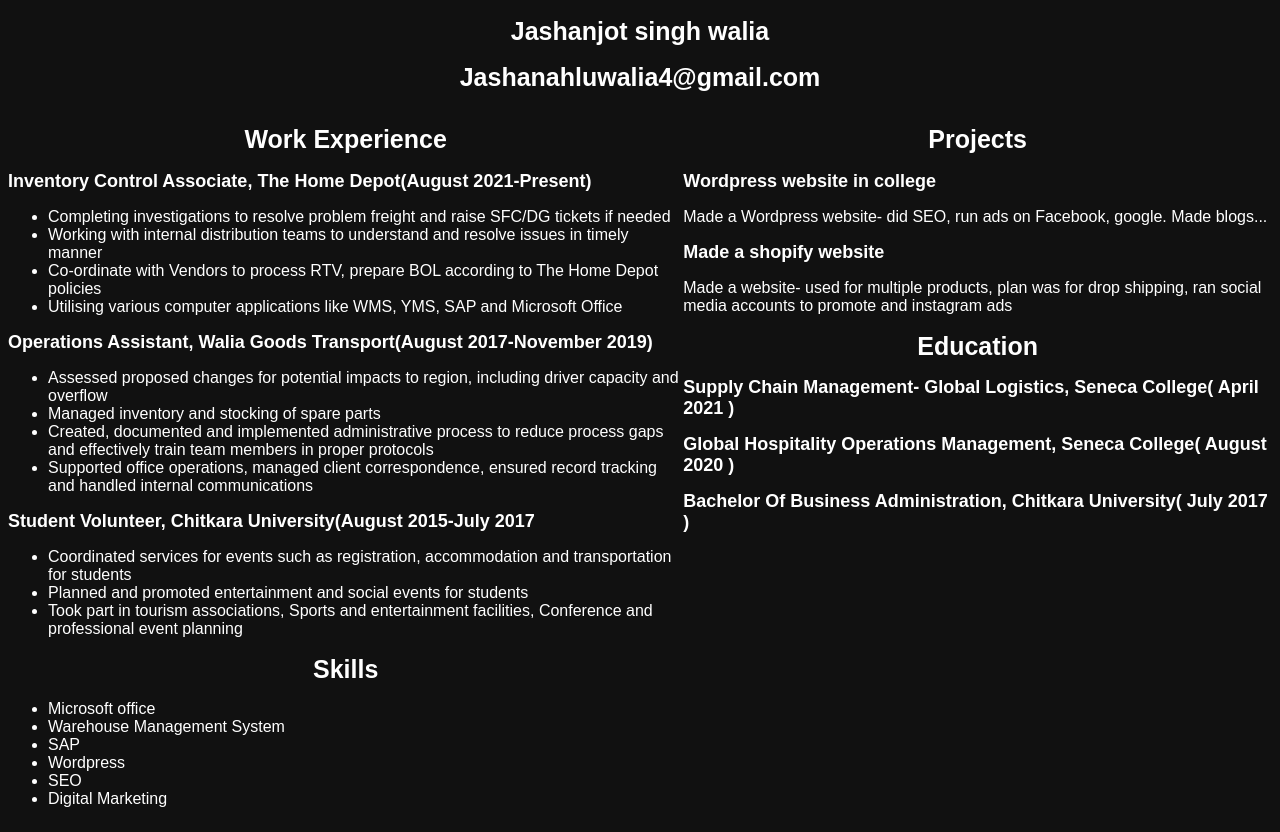
Repository: jashn13/portfolio
Page: index.html
The author's editor kept a copy of each file at every save. The page is drawn from the files as they stood at one save, then again after the next save.
The browser window is 1280 px wide. The pictures show the whole page.

Above is the page before, as saved 2021-11-13 08:30:18.

### index.html
<!DOCTYPE html>
<html>
  <head>
    <style>
      h1 {
        text-align: center;
        font-size: 25px;
      }
      h2 {
        text-align: left;
        font-size: 18px;
      }

      body {
        font-family: Arial;
        color: white;
        background-color: #111;
      }

      .centered {
        position: absolute;
        top: 50%;
        left: 50%;
        transform: translate(-50%, -50%);
        text-align: center;
      }
    </style>
  </head>
  <body>
    <h1 class="heading">Jashanjot singh walia</h1>
    <h1 class="heading">Jashanahluwalia4@gmail.com</h1>
    <div style="display: flex;">
      <div class="split left">
        <h1>Work Experience</h1>
        <h2>
          Inventory Control Associate, The Home Depot(August 2021-Present)
        </h2>
        <ul>
          <li>
            Completing investigations to resolve problem freight and raise
            SFC/DG tickets if needed
          </li>
          <li>
            Working with internal distribution teams to understand and resolve
            issues in timely manner
          </li>
          <li>
            Co-ordinate with Vendors to process RTV, prepare BOL according to
            The Home Depot policies
          </li>
          <li>
            Utilising various computer applications like WMS, YMS, SAP and
            Microsoft Office
          </li>
        </ul>
        <h2>
          Operations Assistant, Walia Goods Transport(August 2017-November 2019)
        </h2>
        <ul>
          <li>
            Assessed proposed changes for potential impacts to region, including
            driver capacity and overflow
          </li>
          <li>Managed inventory and stocking of spare parts</li>
          <li>
            Created, documented and implemented administrative process to reduce
            process gaps and effectively train team members in proper protocols
          </li>
          <li>
            Supported office operations, managed client correspondence, ensured
            record tracking and handled internal communications
          </li>
        </ul>

        <h2>Student Volunteer, Chitkara University(August 2015-July 2017</h2>
        <ul>
          <li>
            Coordinated services for events such as registration, accommodation
            and transportation for students
          </li>
          <li>
            Planned and promoted entertainment and social events for students
          </li>
          <li>
            Took part in tourism associations, Sports and entertainment
            facilities, Conference and professional event planning
          </li>
        </ul>
        <h1>Skills</h1>
        <ul>
          <li>Microsoft office</li>
          <li>Warehouse Management System</li>
          <li>SAP</li>
          <li>Wordpress</li>
          <li>SEO</li>
          <li>Digital Marketing</li>
        </ul>
      </div>

      <div class="split right">
        <h1>Projects</h1>
        <h2>Wordpress website in college</h2>
        <p>
          Made a Wordpress website- did SEO, run ads on Facebook, google. Made
          blogs...
        </p>
        <h2>Made a shopify website</h2>
        <p>
          Made a website- used for multiple products, plan was for drop
          shipping, ran social media accounts to promote and instagram ads
        </p>
        <h1>Education</h1>
        <h2>
          Supply Chain Management- Global Logistics, Seneca College( April 2021
          )
        </h2>
        <h2>
          Global Hospitality Operations Management, Seneca College( August 2020
          )
        </h2>
        <h2>
          Bachelor Of Business Administration, Chitkara University( July 2017 )
        </h2>
      </div>
    </div>
  </body>
</html>

After the next save:
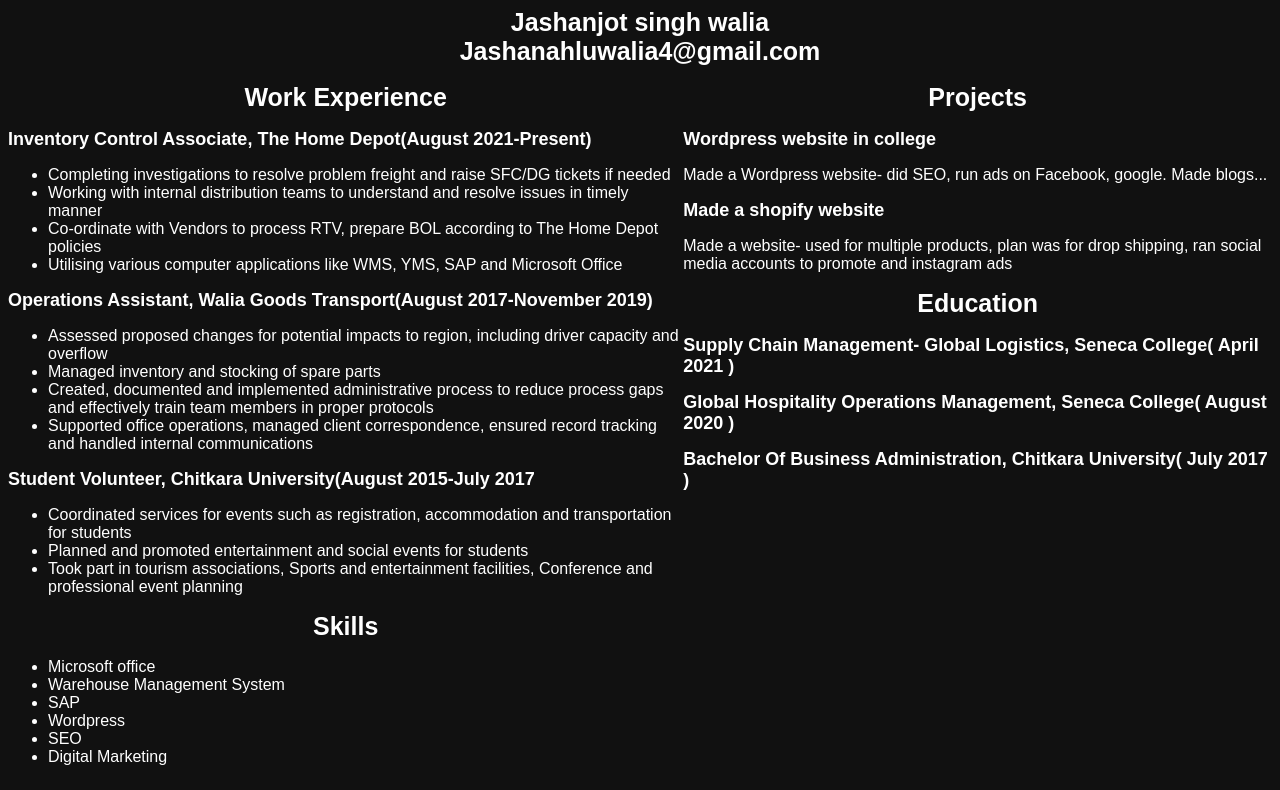
Saved 13 s later.
--- a/index.html
+++ b/index.html
@@ -2,6 +2,9 @@
 <html>
   <head>
     <style>
+      .heading {
+        margin: auto;
+      }
       h1 {
         text-align: center;
         font-size: 25px;
